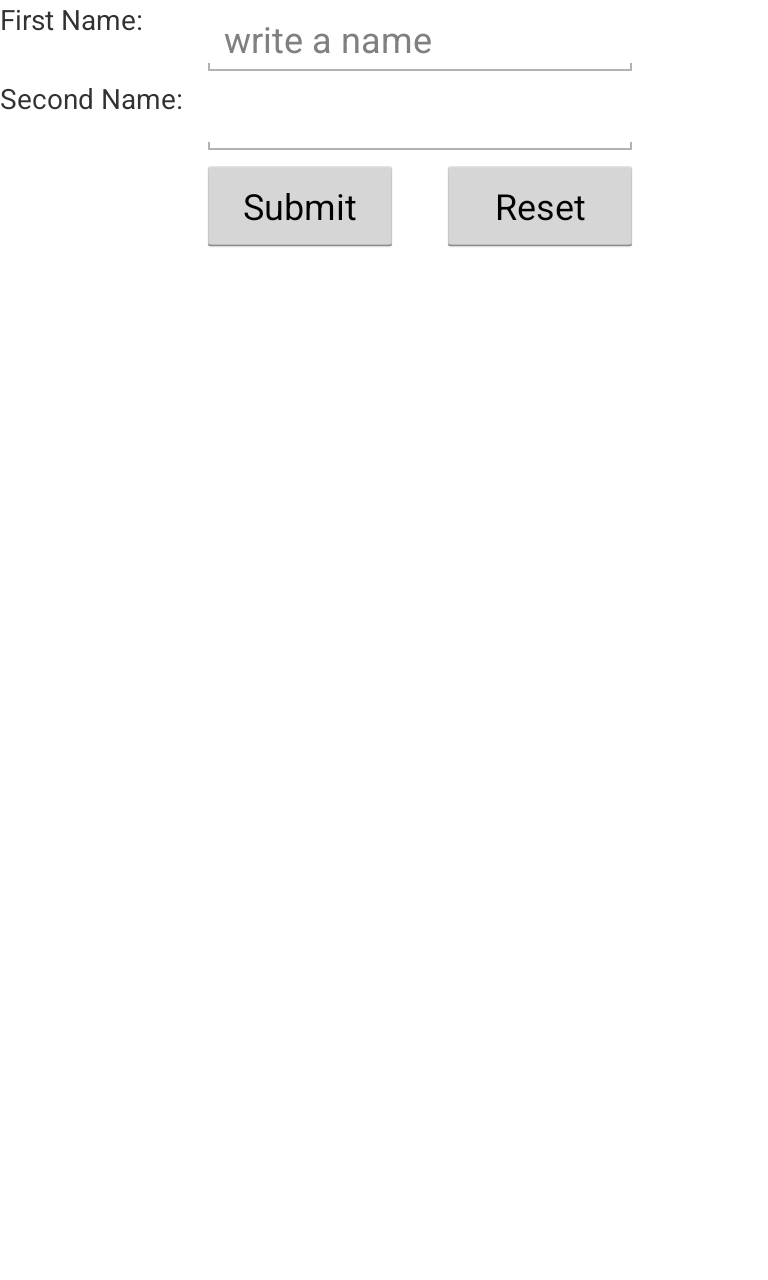
Repository: hugoM1/trainingNaranya
Layout: Layouts/res/layout/activity_relative_layout.xml
An editor plug-in stored every save of this project. The layout is shown before and after the next save, followed by the edit.
It is drawn on a 768 x 1280 px phone screen (xhdpi) without system bars, with theme AppTheme; the app's code is not run.

Above is the layout before, as saved 2013-08-14 02:39:23.

### Layouts/res/layout/activity_relative_layout.xml
<?xml version="1.0" encoding="utf-8"?>
<RelativeLayout
    android:id="@+id/RelativeLayout01"
	android:layout_width="fill_parent"
	android:layout_height="fill_parent"
	xmlns:android="http://schemas.android.com/apk/res/android">
	<TextView
	    android:id="@+id/TextView1"
		android:layout_width="wrap_content"
		android:layout_height="wrap_content"
		android:text="@string/first_name"
		android:width="100dp" />
	<EditText
	    android:id="@+id/EditText1"
	    android:layout_width="220dp"
		android:layout_height="wrap_content"
		android:layout_toRightOf="@+id/TextView1"
		android:hint="@string/text_hint1"/>
	<EditText
	    android:id="@+id/EditText2"
	    android:layout_width="220dp"
		android:layout_height="wrap_content"
		android:layout_below="@+id/EditText1"
		android:layout_alignLeft="@+id/EditText1" />
	<TextView
	    android:id="@+id/TextView2"
		android:layout_width="wrap_content"
		android:layout_height="wrap_content"
		android:text="Second Name:"
		android:width="100dp"
		android:layout_below="@+id/EditText1"
		android:layout_toLeftOf="@+id/EditText2" />
	<Button
	    android:text="Submit"
	    android:id="@+id/Button1"
		android:layout_width="100dp"
		android:layout_height="wrap_content"
		android:layout_below="@id/EditText2"
		android:layout_alignLeft="@id/EditText2" />
	<Button
	    android:text="Reset"
	    android:id="@+id/Button2"
		android:layout_width="100dp"
		android:layout_height="wrap_content"
		android:layout_below="@id/EditText2"
		android:layout_alignRight="@id/EditText2" />
</RelativeLayout>

### Layouts/res/values/strings.xml
<?xml version="1.0" encoding="utf-8"?>
<resources>

    <string name="app_name">Layouts</string>
    <string name="action_settings">Settings</string>
    <string name="hello_world">Hello world!</string>
    <string name="button1">Table Layout</string>
    <string name="button2">Absolute Layout</string>
    <string name="button3">Relative Layout</string>
    <string name="button4">Frame LAyout</string>
    <string name="title_activity_table_layout">TableLayoutActivity</string>
    <string name="title_activity_absolute_layout">AbsoluteLayoutActivity</string>
    <string name="title_activity_relative_layout">RelativeLayoutActivity</string>
    <string name="title_activity_frame_layout">FrameLayoutActivity</string>
    <string name="first_name">First Name:</string>
    <string name="last_name">Last Name:</string>
    <string name="submit_button">Submit</string>
	<string name="reset_button">Reset</string>
	<string name="msg">Android is Cool!</string>
	<string name="image_desc">Android cool image</string>
	<string name="text_hint1">write a name</string>
</resources>

Loaded but not shown: Layouts/res/values/styles.xml (common file); Layouts/res/values-v11/styles.xml (common file); Layouts/res/values-v14/styles.xml (common file)

After the next save:
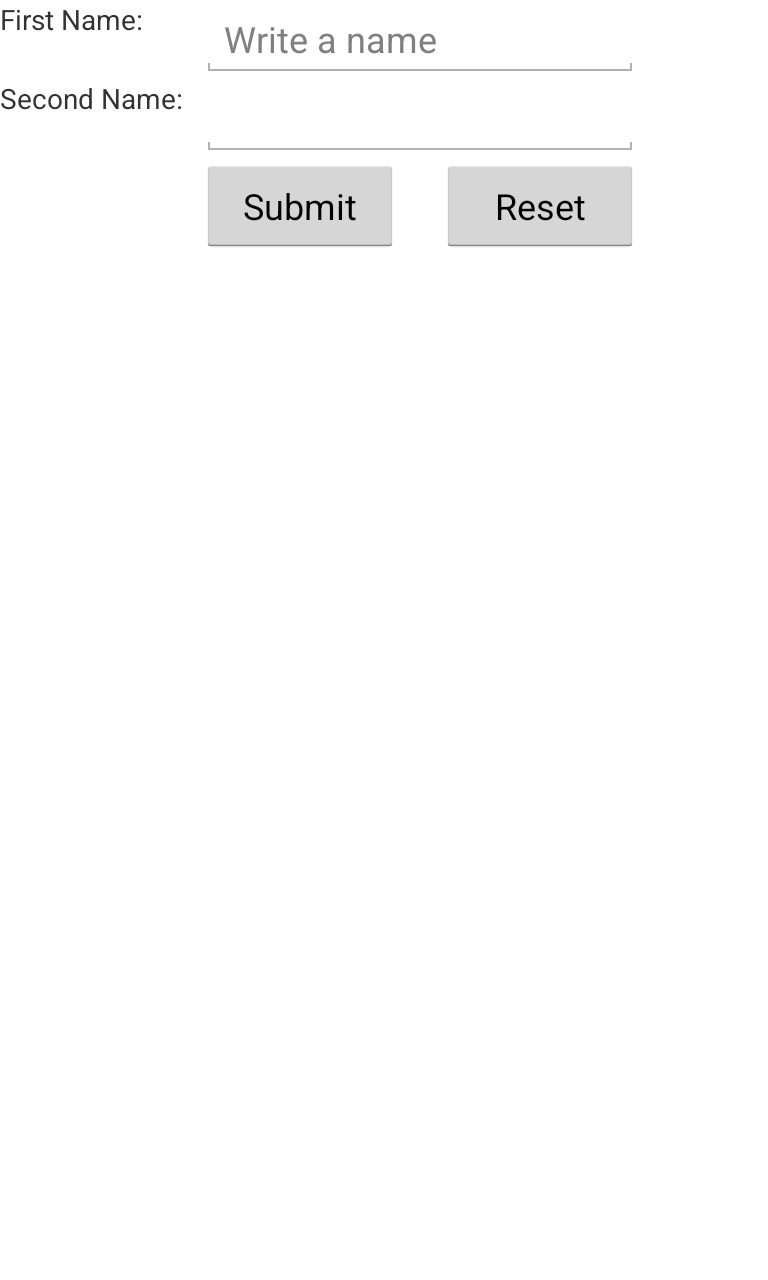
Saved 46 s later.
--- a/Layouts/res/values/strings.xml
+++ b/Layouts/res/values/strings.xml
@@ -18,5 +18,6 @@
 	<string name="reset_button">Reset</string>
 	<string name="msg">Android is Cool!</string>
 	<string name="image_desc">Android cool image</string>
-	<string name="text_hint1">write a name</string>
+	<string name="text_hint1">Write a name</string>
+	<string name="text_hint2">Write a last name</string>
 </resources>
